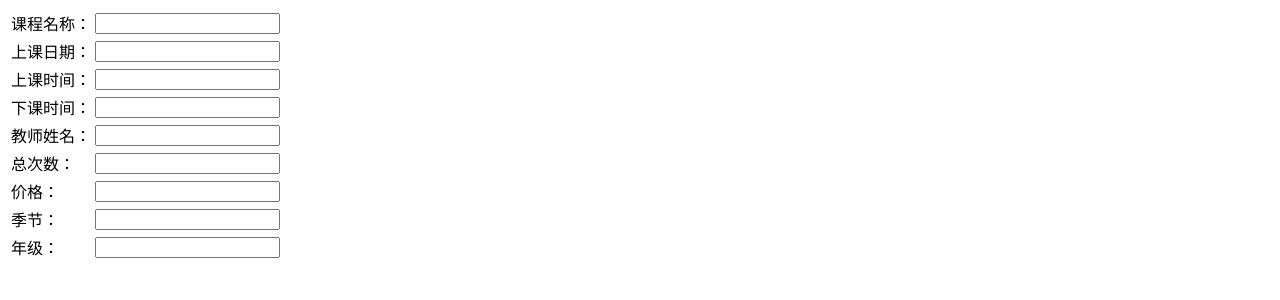
Repository: arkulo56/codeLibrary
Page: http://localhost/firstWeb/addCourse.jsp
These files come from the project's save history. The page is drawn as it stood at one moment and after the next save; the edit follows.
The browser window is 1280 px wide. The pictures show the whole page.
The page is served by Tomcat 9. Other server files are loaded and not shown.

Above is the page before, as saved 2016-04-21 08:22:36.

### java/firstWeb/WebContent/addCourse.jsp
<%@page import="java.text.SimpleDateFormat"%>
<%@ page language="java" contentType="text/html; charset=UTF-8"
    pageEncoding="UTF-8"%>
<%@ page import="java.util.*,model.*,action.*" %>
<!DOCTYPE html PUBLIC "-//W3C//DTD HTML 4.01 Transitional//EN" "http://www.w3.org/TR/html4/loose.dtd">
<html>
<head>
<meta http-equiv="Content-Type" content="text/html; charset=UTF-8">
<title>Insert title here</title>
</head>
<body>
<form action="addDeal.jsp" method="post">
<table>
<tr>
	<td>课程名称：</td>
	<td><input type="text" name="name" /></td>
</tr>
<tr>
	<td>上课日期：</td>
	<td><input type="text" name="classDate" /></td>
</tr>
<tr>
	<td>上课时间：</td>
	<td><input type="text" name="startTime" /></td>
</tr>
<tr>
	<td>下课时间：</td>
	<td><input type="text" name="endTime" /></td>
</tr>
<tr>
	<td>教师姓名：</td>
	<td><input type="text" name="teacher" /></td>
</tr>
<tr>
	<td>总次数：</td>
	<td><input type="text" name="classNumber" /></td>
</tr>
<tr>
	<td>价格：</td>
	<td><input type="text" name="price" /></td>
</tr>
<tr>
	<td>季节：</td>
	<td><input type="text" name="season" /></td>
</tr>
<tr>
	<td>年级：</td>
	<td><input type="text" name="classDate" /></td>
</tr>

</table>
</form>
</body>
</html>

After the next save:
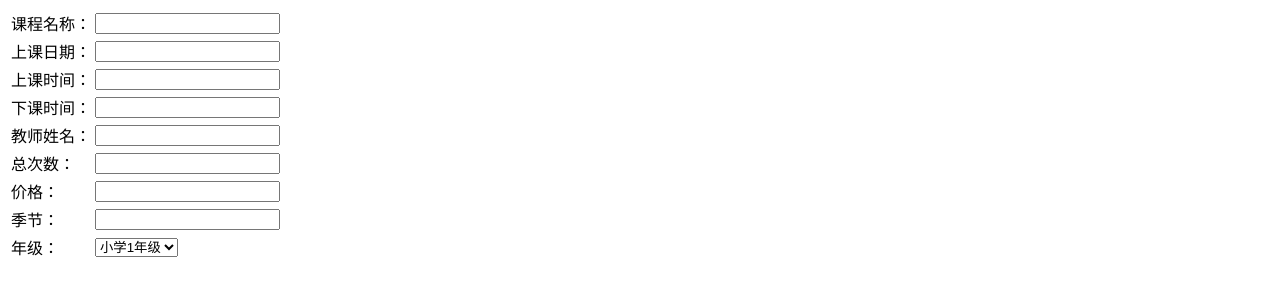
Saved 4 min 1 s later.
--- a/java/firstWeb/WebContent/addCourse.jsp
+++ b/java/firstWeb/WebContent/addCourse.jsp
@@ -45,7 +45,22 @@
 </tr>
 <tr>
 	<td>年级：</td>
-	<td><input type="text" name="classDate" /></td>
+	<td>
+	<select name="classLevel">
+		<option value="1">小学1年级</option>
+		<option value="2">小学2年级</option>
+		<option value="3">小学3年级</option>
+		<option value="4">小学4年级</option>
+		<option value="5">小学5年级</option>
+		<option value="6">小学6年级</option>
+		<option value="7">初中1年级</option>
+		<option value="8">初中2年级</option>
+		<option value="9">初中3年级</option>
+		<option value="10">高中1年级</option>
+		<option value="11">高中2年级</option>
+		<option value="12">高中3年级</option>
+	</select>
+	</td>
 </tr>
 
 </table>
